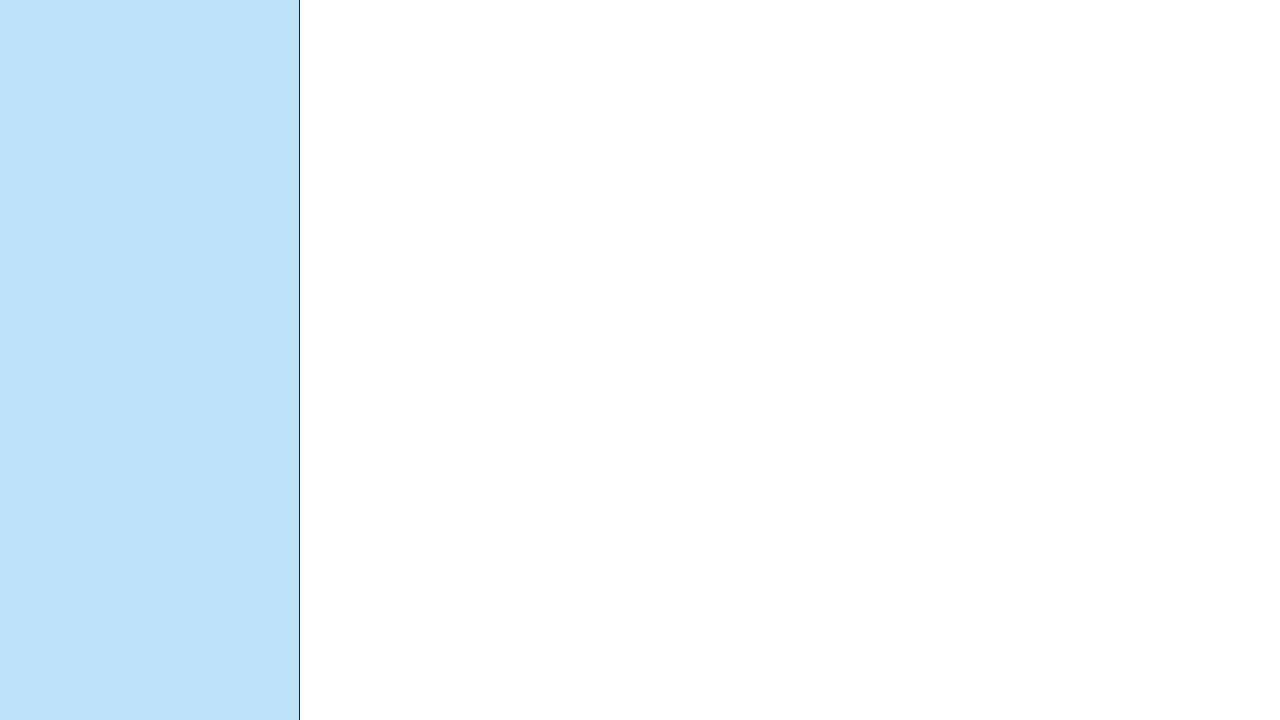
Repository: Siva20021/chat-app
Page: /
The author's editor kept a copy of each file at every save. The page is drawn from the files as they stood at one save, then again after the next save.
The browser window is 1280 px wide. The pictures show the whole page.
The project was rebuilt for these pictures with package versions that can differ from the ones it lists, and the page was loaded fresh each time. The framework's server and built-in components were replaced by stand-ins that run in the browser. Also part of the build but not shown: next.config.js, components/Login.js.

Above is the page before, as saved 2022-06-05 11:55:24.

### pages/_app.js
import { ChakraProvider } from "@chakra-ui/react"
import Login from "../components/Login"
import Sidebar from "../components/Sidebar"


function MyApp({ Component, pageProps }) {
  //return <Component {...pageProps} />
  return(
    <ChakraProvider>
      <Sidebar/>
    </ChakraProvider>
  )
}

export default MyApp

### pages/index.js
import Head from 'next/head'


export default function Home() {
  return (
    <div>
      <Head>
        <title>Create Next App</title>
        <meta name="description" content="Generated by create next app" />
        <link rel="icon" href="/favicon.ico" />
      </Head>
    </div>
  )
}

### components/Sidebar.js
import { Flex } from '@chakra-ui/react'
import React from 'react'

export default function Sidebar() {
  return (
    <Flex
        bg="blue.100"
        w="300px"
        h="100vh"
        borderEnd="1px solid"
        borderColors="gray.200"
    >
        <Flex
            bg="red.100"
            h="81px"

        >

        </Flex>
    </Flex>
  )
}

After the next save:
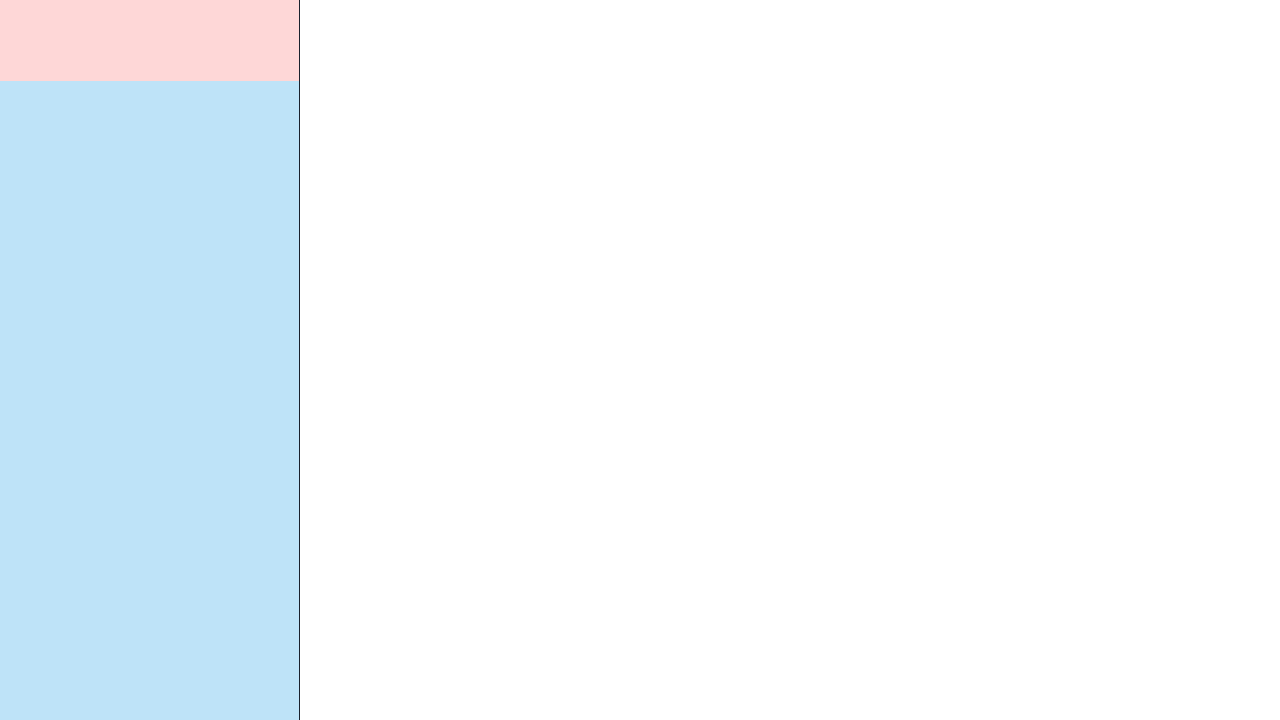
Saved 6 s later.
--- a/components/Sidebar.js
+++ b/components/Sidebar.js
@@ -12,7 +12,7 @@ export default function Sidebar() {
     >
         <Flex
             bg="red.100"
-            h="81px"
+            h="81px" w="100%"
 
         >
 
